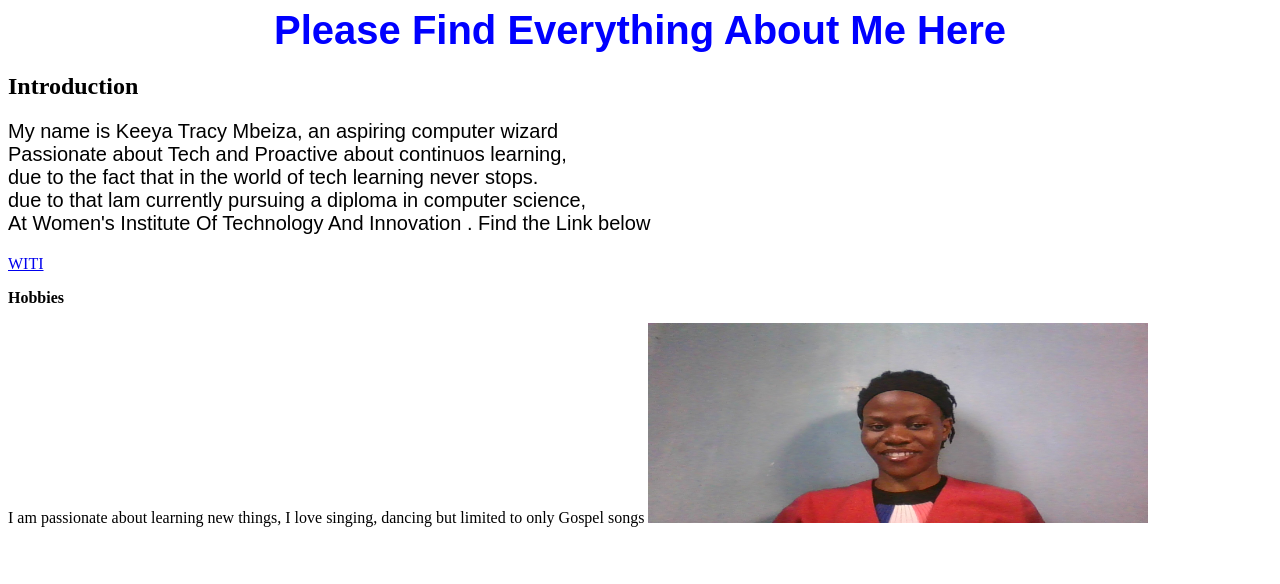
Repository: tracykeeya/my_first_web
Page: index.html
These files come from the project's save history. The page is drawn as it stood at one moment and after the next save; the edit follows.
The browser window is 1280 px wide. The pictures show the whole page.

Above is the page before, as saved 2025-11-03 03:01:21.

### index.html
<!DOCTYPE html>
<html lang="en">
<head>
    <meta charset="UTF-8">
    <meta name="viewport" content="width=device-width, initial-scale=1.0">
    <title>My First Web Page</title>
</head>
<body>
    <h1 style="margin: 0 auto; text-align: center; color: blue; font-size: 40px; font-family: Arial, Helvetica, sans-serif;">Please Find Everything About Me Here</h1>
    <h2>Introduction</h2>

    <p style="font-size: 20px; font-family: Arial, Helvetica, sans-serif; text-align: left; color: rgb(0, 0, 0)">My name is Keeya Tracy Mbeiza, an aspiring computer wizard<br>Passionate about Tech and Proactive about continuos learning,<br> due to the fact that in the world of tech learning never stops.<br> due to that lam currently pursuing a diploma in computer science,<br>
        At Women's Institute Of Technology And Innovation . Find the Link below </br></p>
    <a href="https://www.witi.ac.ug/">WITI</a>

    <p><b>Hobbies</b></p>
    I am passionate about learning new things,
    I love singing, dancing but limited to only Gospel songs


    <!-- <img src="https://www.witi.ac.ug/wp-content/uploads/2020/08/WhatsApp-Image-2020-08-14-at-11.16.16-AM.jpeg" alt=""> -->
    <img src="/Tracy.jpg " alt="" width="500" height="200">

</body>
</html>

After the next save:
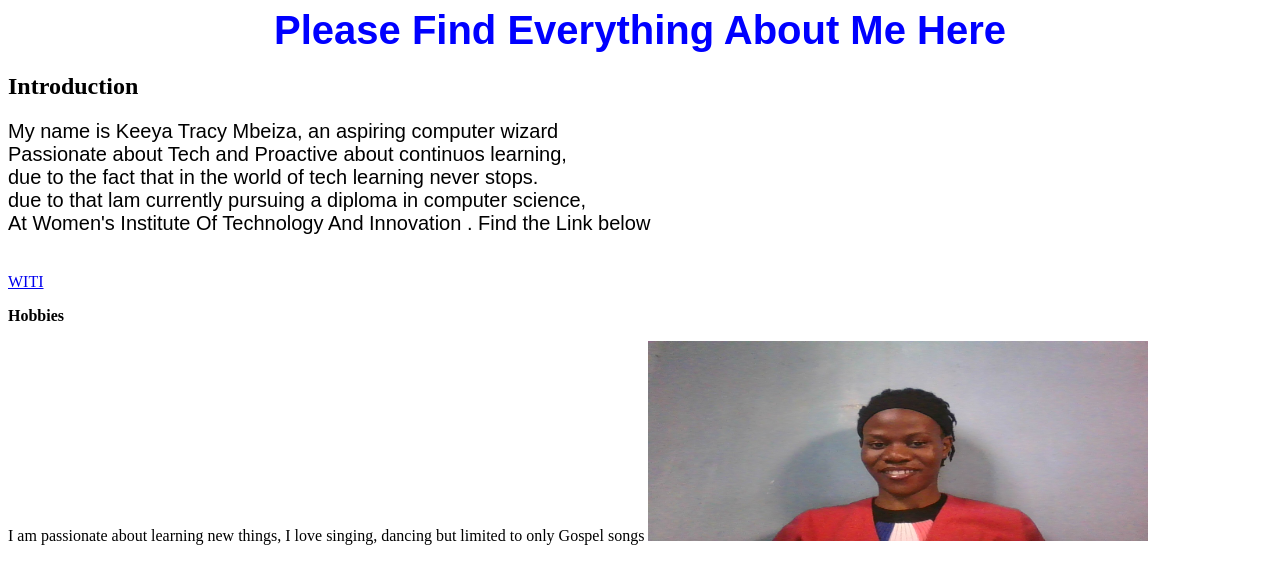
Saved 38 s later.
--- a/index.html
+++ b/index.html
@@ -11,7 +11,7 @@
 
     <p style="font-size: 20px; font-family: Arial, Helvetica, sans-serif; text-align: left; color: rgb(0, 0, 0)">My name is Keeya Tracy Mbeiza, an aspiring computer wizard<br>Passionate about Tech and Proactive about continuos learning,<br> due to the fact that in the world of tech learning never stops.<br> due to that lam currently pursuing a diploma in computer science,<br>
         At Women's Institute Of Technology And Innovation . Find the Link below </br></p>
-    <a href="https://www.witi.ac.ug/">WITI</a>
+    <a href="https://www.witi.ac.ug/"><br>WITI</a>
 
     <p><b>Hobbies</b></p>
     I am passionate about learning new things,

After the 2 saves that followed:
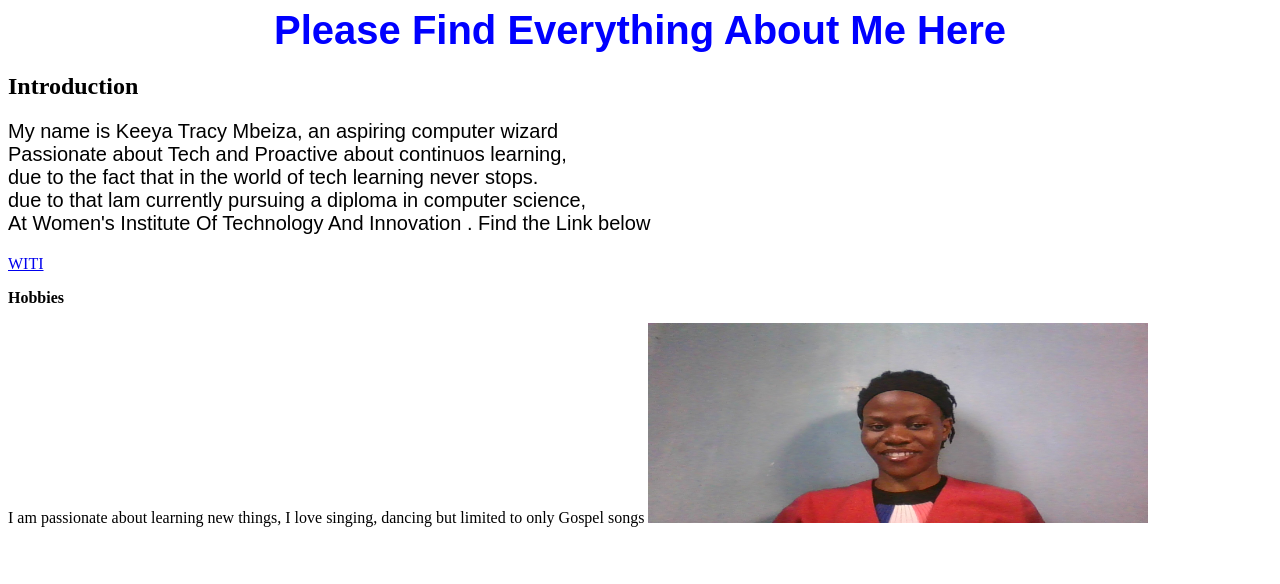
The 2 saves are shown as one change because they came seconds apart.
The last was saved 15 s later.
--- a/index.html
+++ b/index.html
@@ -11,7 +11,7 @@
 
     <p style="font-size: 20px; font-family: Arial, Helvetica, sans-serif; text-align: left; color: rgb(0, 0, 0)">My name is Keeya Tracy Mbeiza, an aspiring computer wizard<br>Passionate about Tech and Proactive about continuos learning,<br> due to the fact that in the world of tech learning never stops.<br> due to that lam currently pursuing a diploma in computer science,<br>
         At Women's Institute Of Technology And Innovation . Find the Link below </br></p>
-    <a href="https://www.witi.ac.ug/"><br>WITI</a>
+    <a href="https://www.witi.ac.ug/"><b></b>WITI</a>
 
     <p><b>Hobbies</b></p>
     I am passionate about learning new things,
